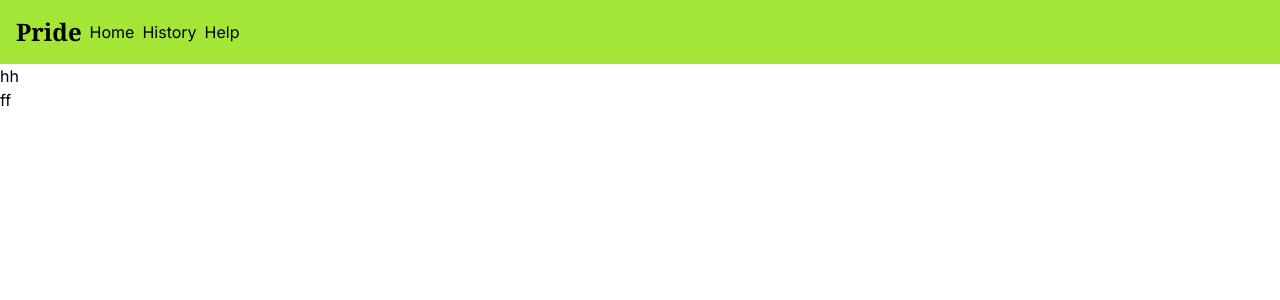
Repository: Semanmernstack/uber-mapbox
Page: /
An editor plug-in stored every save of this project. The page is shown before and after the next save, followed by the edit.
The browser window is 1280 px wide. The pictures show the whole page.
The page's requests for data from a server got no answer. The project was rebuilt for these pictures with package versions that can differ from the ones it lists, and the page was loaded fresh each time. Some packages were replaced by stand-ins written for this rebuild. The framework's server and built-in components were replaced by stand-ins that run in the browser. No one was signed in, and anything a server would have sent is missing. Also part of the build but not shown: next.config.js.

Above is the page before, as saved 2023-08-15 06:34:09.

### app/layout.tsx
import './globals.css'
import type { Metadata } from 'next'
import { Inter } from 'next/font/google'
import Nav from './components/Nav'
import { ClerkProvider } from '@clerk/nextjs'

const inter = Inter({ subsets: ['latin'] })

export const metadata: Metadata = {
  title: 'Create Next App',
  description: 'Generated by create next app',
}

export default function RootLayout({
  children,
}: {
  children: React.ReactNode
}) {
  return (
    <ClerkProvider>
      <html lang="en">
        <body className={inter.className}> <Nav/>  {children}</body>
      </html>
    </ClerkProvider>
  )
}

### app/page.tsx
import Image from 'next/image'

export default function Home() {
  return (
    <main className="">
      <div>
        <h1>hh</h1>

      </div>
      <div>
        <h1>ff</h1>
      </div>
    </main>
  )
}

### app/components/Nav.tsx
import { UserButton } from '@clerk/nextjs'
import React from 'react'

function Nav() {
  return (
    <div className="flex items-center justify-between p-4 bg-lime-400">
        <div className="flex items-center gap-2">

            <h1 className="font-extrabold font-serif text-2xl">P<span>ride</span></h1>
            <h2>Home</h2>
            <h2>History</h2>
            <h2>Help</h2>
        </div>
        <div>
            <UserButton/>
        </div>
    </div>
  )
}

export default Nav

Loaded but not shown: app/globals.css (common file); tailwind.config.ts (common file)

After the next save:
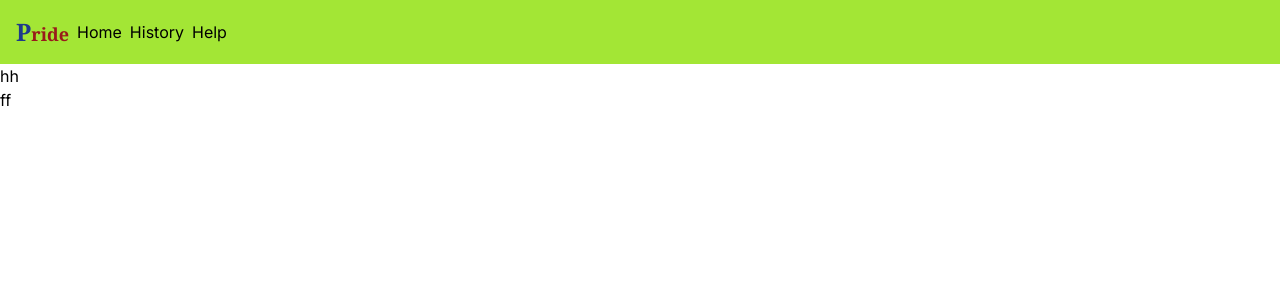
Saved 76 s later.
--- a/app/components/Nav.tsx
+++ b/app/components/Nav.tsx
@@ -6,7 +6,7 @@
     <div className="flex items-center justify-between p-4 bg-lime-400">
         <div className="flex items-center gap-2">
 
-            <h1 className="font-extrabold font-serif text-2xl">P<span>ride</span></h1>
+            <h1 className="font-extrabold font-serif text-2xl text-blue-900">P<span className="text-lg font-bold text-red-800">ride</span></h1>
             <h2>Home</h2>
             <h2>History</h2>
             <h2>Help</h2>
